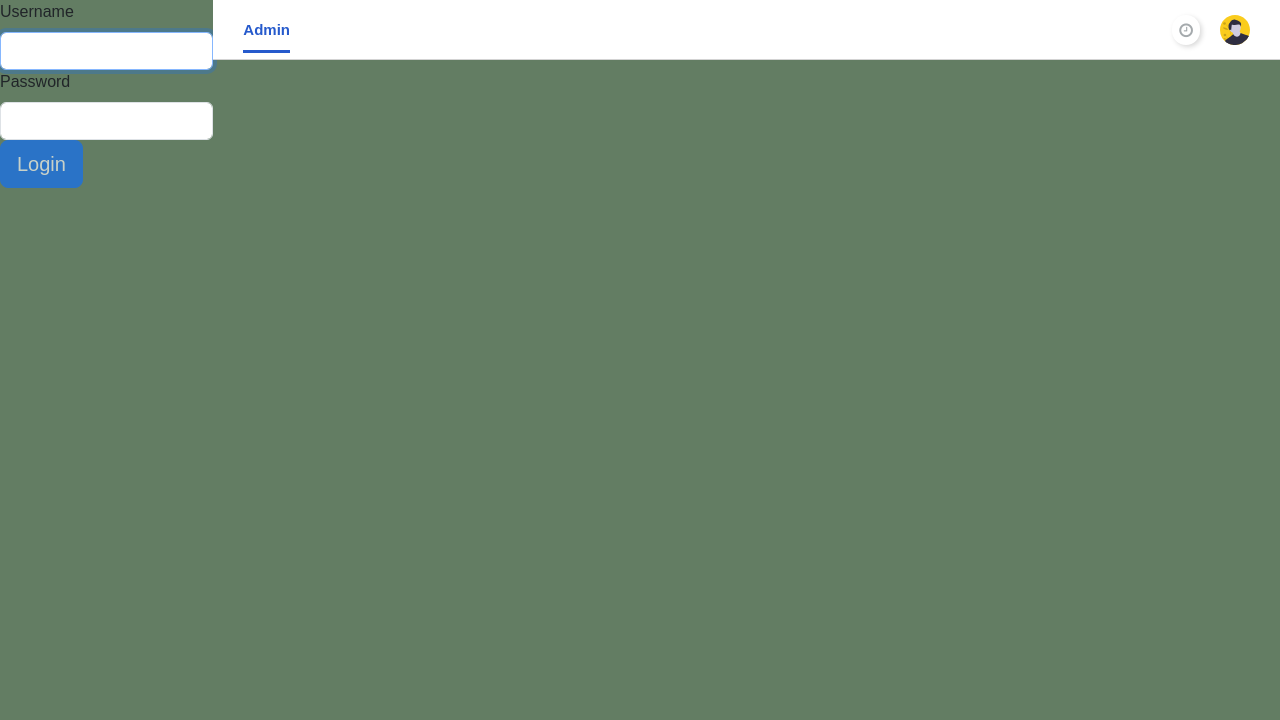
Repository: ryangen97/TT4_Group12
Page: / (app in dbsseed/)
The author's editor kept a copy of each file at every save. The page is drawn from the files as they stood at one save, then again after the next save.
The browser window is 1280 px wide. The pictures show the whole page.
The project was rebuilt for these pictures with package versions that can differ from the ones it lists, and the page was loaded fresh each time. A package was used in the major version that the imports need, not the one package.json lists. Also part of the build but not shown: dbsseed/src/components/dashboard/Main.css, dbsseed/src/components/charts/Chart.js, dbsseed/src/components/dashboard/Main.js, dbsseed/src/pages/AddTransaction/index.js, dbsseed/src/transactionhistory.js.

Above is the page before, as saved 2021-05-07 14:00:06.

After the next save:
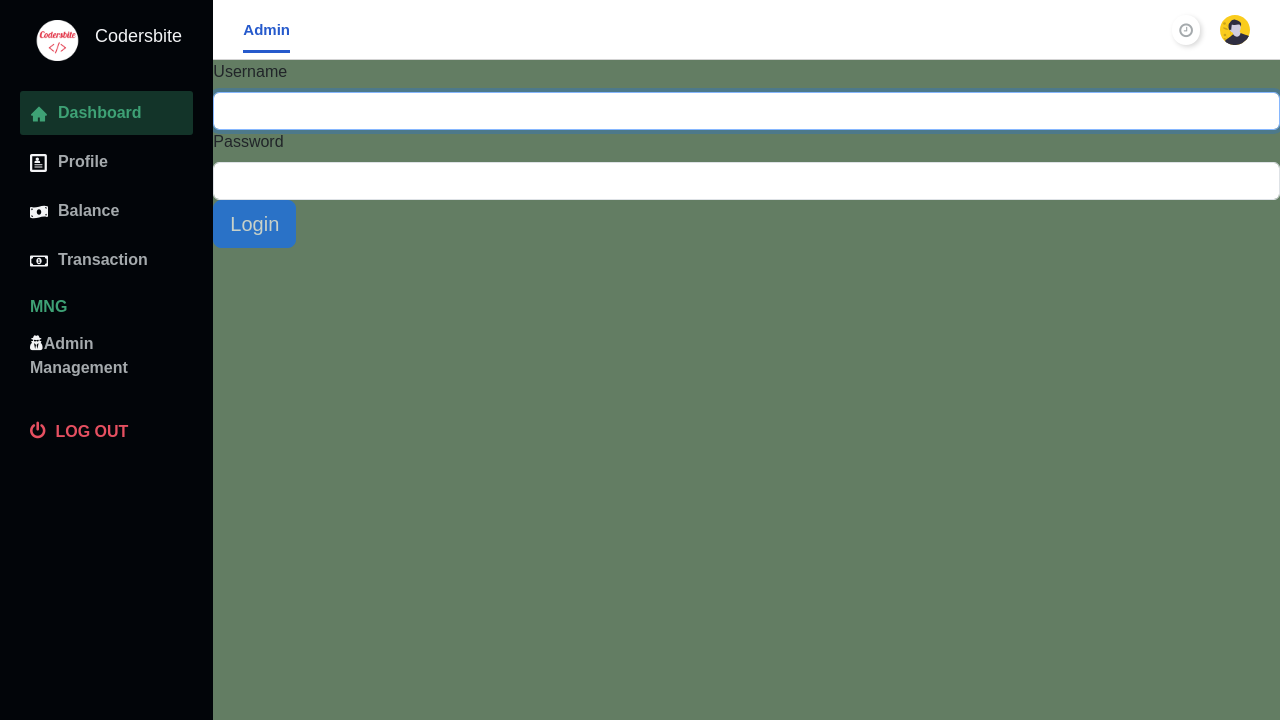
Saved 10 s later.
--- a/dbsseed/src/App.js
+++ b/dbsseed/src/App.js
@@ -23,6 +23,7 @@ import axios from 'axios'
 //     return Promise.reject(error)
 //   }
 // )
+
 const App = () => {
   const [sidebarOpen, setsidebarOpen] = useState(false);
   const openSidebar = () => {
@@ -34,10 +35,11 @@ const App = () => {
   return (
     <Router>
       <div className="root-container">
-        <div className="Login" >
+        <div className="Login"sidebarOpen={false}>
           <Login/>
         </div>
         <Navbar sidebarOpen={sidebarOpen} openSidebar={openSidebar} />
+        <Sidebar sidebarOpen={sidebarOpen} closeSidebar={closeSidebar} />
         <Route exact path="/addTransaction" component={AddTransactionPage} />
       </div>
     </Router>
